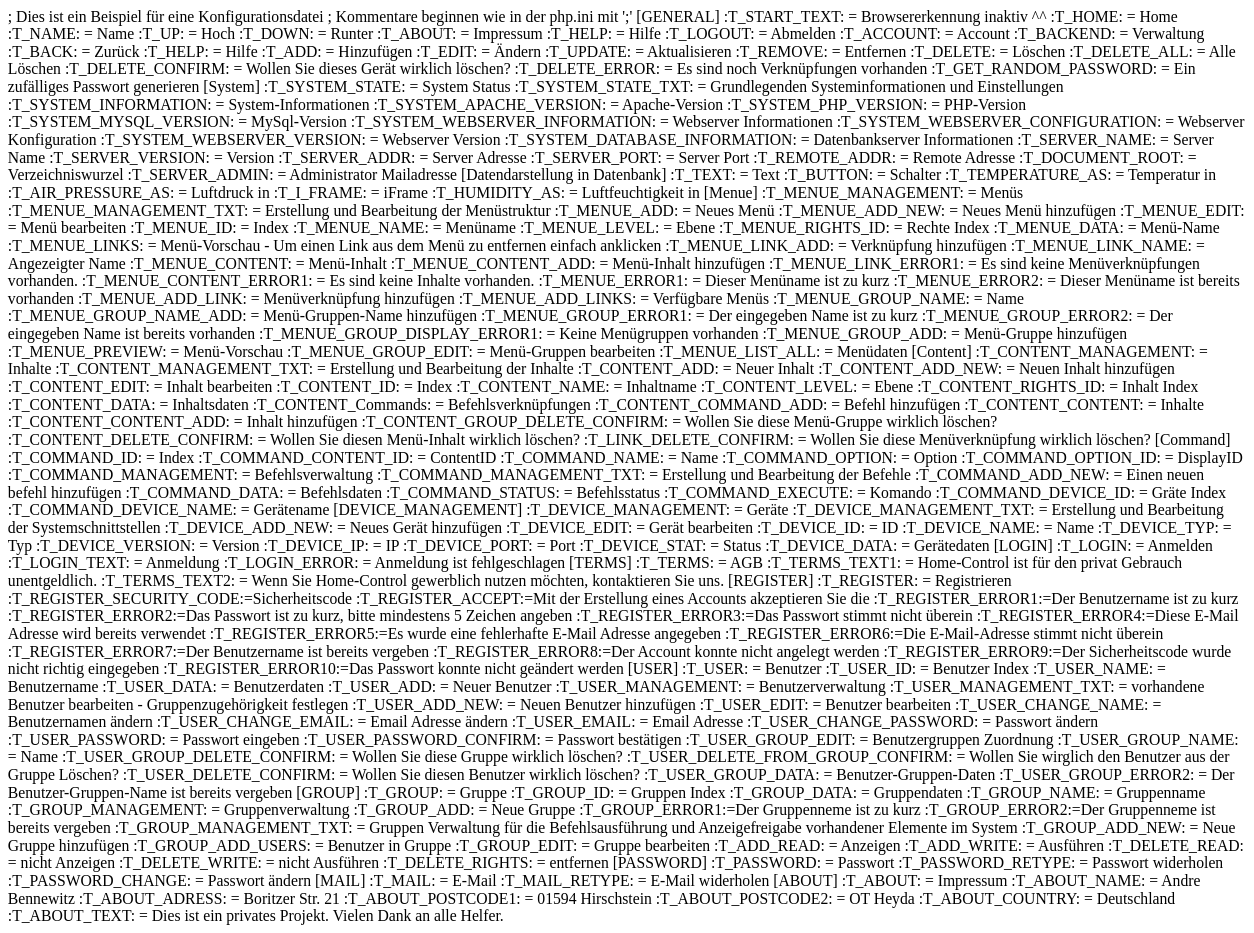
Repository: 0xF3ERROR/Home-Control
Page: http://localhost/language/lang_Ger.php
These files come from the project's save history. The page is drawn as it stood at one moment and after the next save; the edit follows.
The browser window is 1280 px wide. The pictures show the whole page, at 98% of full size.
The page is run by PHP 8.4 with error messages shown; the project is at /var/www/html/.

Above is the page before, as saved 2012-09-16 16:53:20.

### Source/language/lang_Ger.php
; Dies ist ein Beispiel für eine Konfigurationsdatei
; Kommentare beginnen wie in der php.ini mit ';'


[GENERAL]
:T_START_TEXT: = Browsererkennung inaktiv ^^
:T_HOME: = Home
:T_NAME: = Name
:T_UP: = Hoch
:T_DOWN: = Runter
:T_ABOUT: = Impressum
:T_HELP: = Hilfe
:T_LOGOUT: = Abmelden
:T_ACCOUNT: = Account
:T_BACKEND: = Verwaltung
:T_BACK: = Zurück
:T_HELP: = Hilfe
:T_ADD: = Hinzufügen
:T_EDIT: = Ändern
:T_UPDATE: = Aktualisieren
:T_REMOVE: = Entfernen
:T_DELETE: = Löschen
:T_DELETE_ALL: = Alle Löschen
:T_DELETE_CONFIRM: = Wollen Sie dieses Gerät wirklich löschen?
:T_DELETE_ERROR: = Es sind noch Verknüpfungen vorhanden
:T_GET_RANDOM_PASSWORD: = Ein zufälliges Passwort generieren


[System]
:T_SYSTEM_STATE: = System Status
:T_SYSTEM_STATE_TXT: = Grundlegenden Systeminformationen und Einstellungen
:T_SYSTEM_INFORMATION: = System-Informationen
:T_SYSTEM_APACHE_VERSION: = Apache-Version
:T_SYSTEM_PHP_VERSION: = PHP-Version
:T_SYSTEM_MYSQL_VERSION: = MySql-Version
:T_SYSTEM_WEBSERVER_INFORMATION: = Webserver Informationen
:T_SYSTEM_WEBSERVER_CONFIGURATION: = Webserver Konfiguration
:T_SYSTEM_WEBSERVER_VERSION: = Webserver Version
:T_SYSTEM_DATABASE_INFORMATION: = Datenbankserver Informationen
:T_SERVER_NAME: = Server Name
:T_SERVER_VERSION: = Version
:T_SERVER_ADDR: = Server Adresse
:T_SERVER_PORT: = Server Port
:T_REMOTE_ADDR: = Remote Adresse
:T_DOCUMENT_ROOT: = Verzeichniswurzel
:T_SERVER_ADMIN: = Administrator Mailadresse





[Datendarstellung in Datenbank]
:T_TEXT: = Text
:T_BUTTON: = Schalter
:T_TEMPERATURE_AS: = Temperatur in
:T_AIR_PRESSURE_AS: = Luftdruck in
:T_I_FRAME: = iFrame
:T_HUMIDITY_AS: = Luftfeuchtigkeit in



[Menue]
:T_MENUE_MANAGEMENT: = Menüs
:T_MENUE_MANAGEMENT_TXT: = Erstellung und Bearbeitung der Menüstruktur
:T_MENUE_ADD: = Neues Menü
:T_MENUE_ADD_NEW: = Neues Menü hinzufügen
:T_MENUE_EDIT: = Menü bearbeiten
:T_MENUE_ID: = Index
:T_MENUE_NAME: = Menüname
:T_MENUE_LEVEL: = Ebene
:T_MENUE_RIGHTS_ID: = Rechte Index
:T_MENUE_DATA: = Menü-Name
:T_MENUE_LINKS: = Menü-Vorschau - Um einen Link aus dem Menü zu entfernen einfach anklicken
:T_MENUE_LINK_ADD: = Verknüpfung hinzufügen
:T_MENUE_LINK_NAME: = Angezeigter Name
:T_MENUE_CONTENT: = Menü-Inhalt
:T_MENUE_CONTENT_ADD: = Menü-Inhalt hinzufügen
:T_MENUE_LINK_ERROR1: = Es sind keine Menüverknüpfungen vorhanden.
:T_MENUE_CONTENT_ERROR1: = Es sind keine Inhalte vorhanden.
:T_MENUE_ERROR1: = Dieser Menüname ist zu kurz
:T_MENUE_ERROR2: = Dieser Menüname ist bereits vorhanden
:T_MENUE_ADD_LINK: = Menüverknüpfung hinzufügen
:T_MENUE_ADD_LINKS: = Verfügbare Menüs
:T_MENUE_GROUP_NAME: = Name
:T_MENUE_GROUP_NAME_ADD: = Menü-Gruppen-Name hinzufügen
:T_MENUE_GROUP_ERROR1: = Der eingegeben Name ist zu kurz
:T_MENUE_GROUP_ERROR2: = Der eingegeben Name ist bereits vorhanden
:T_MENUE_GROUP_DISPLAY_ERROR1: = Keine Menügruppen vorhanden
:T_MENUE_GROUP_ADD: = Menü-Gruppe hinzufügen
:T_MENUE_PREVIEW: = Menü-Vorschau
:T_MENUE_GROUP_EDIT: = Menü-Gruppen bearbeiten
:T_MENUE_LIST_ALL: = Menüdaten

[Content]
:T_CONTENT_MANAGEMENT: = Inhalte
:T_CONTENT_MANAGEMENT_TXT: = Erstellung und Bearbeitung der Inhalte
:T_CONTENT_ADD: = Neuer Inhalt
:T_CONTENT_ADD_NEW: = Neuen Inhalt hinzufügen
:T_CONTENT_EDIT: = Inhalt bearbeiten
:T_CONTENT_ID: = Index
:T_CONTENT_NAME: = Inhaltname
:T_CONTENT_LEVEL: = Ebene
:T_CONTENT_RIGHTS_ID: = Inhalt Index
:T_CONTENT_DATA: = Inhaltsdaten
:T_CONTENT_Commands: = Befehlsverknüpfungen
:T_CONTENT_COMMAND_ADD: = Befehl hinzufügen
:T_CONTENT_CONTENT: = Inhalte
:T_CONTENT_CONTENT_ADD: = Inhalt hinzufügen
:T_CONTENT_GROUP_DELETE_CONFIRM: = Wollen Sie diese Menü-Gruppe wirklich löschen?
:T_CONTENT_DELETE_CONFIRM: = Wollen Sie diesen Menü-Inhalt wirklich löschen?
:T_LINK_DELETE_CONFIRM: = Wollen Sie diese Menüverknüpfung wirklich löschen?



[Command]
:T_COMMAND_ID: = Index
:T_COMMAND_CONTENT_ID: = ContentID
:T_COMMAND_NAME: = Name
:T_COMMAND_OPTION: = Option
:T_COMMAND_OPTION_ID: = DisplayID
:T_COMMAND_MANAGEMENT: = Befehlsverwaltung
:T_COMMAND_MANAGEMENT_TXT: = Erstellung und Bearbeitung der Befehle
:T_COMMAND_ADD_NEW: = Einen neuen befehl hinzufügen
:T_COMMAND_DATA: = Befehlsdaten
:T_COMMAND_STATUS: = Befehlsstatus
:T_COMMAND_EXECUTE: = Komando
:T_COMMAND_DEVICE_ID: = Gräte Index
:T_COMMAND_DEVICE_NAME: = Gerätename



[DEVICE_MANAGEMENT]
:T_DEVICE_MANAGEMENT: = Geräte
:T_DEVICE_MANAGEMENT_TXT: = Erstellung und Bearbeitung der Systemschnittstellen
:T_DEVICE_ADD_NEW: = Neues Gerät hinzufügen
:T_DEVICE_EDIT: = Gerät bearbeiten
:T_DEVICE_ID: = ID
:T_DEVICE_NAME: = Name
:T_DEVICE_TYP: = Typ
:T_DEVICE_VERSION: = Version
:T_DEVICE_IP: = IP
:T_DEVICE_PORT: = Port
:T_DEVICE_STAT: = Status
:T_DEVICE_DATA: = Gerätedaten


[LOGIN]
:T_LOGIN: = Anmelden
:T_LOGIN_TEXT: = Anmeldung
:T_LOGIN_ERROR: = Anmeldung ist fehlgeschlagen


[TERMS]
:T_TERMS: = AGB
:T_TERMS_TEXT1: = Home-Control ist für den privat Gebrauch unentgeldlich.
:T_TERMS_TEXT2: = Wenn Sie Home-Control gewerblich nutzen möchten, kontaktieren Sie uns.


[REGISTER]
:T_REGISTER: = Registrieren
:T_REGISTER_SECURITY_CODE:=Sicherheitscode
:T_REGISTER_ACCEPT:=Mit der Erstellung eines Accounts akzeptieren Sie die
:T_REGISTER_ERROR1:=Der Benutzername ist zu kurz
:T_REGISTER_ERROR2:=Das Passwort ist zu kurz, bitte mindestens 5 Zeichen angeben
:T_REGISTER_ERROR3:=Das Passwort stimmt nicht überein
:T_REGISTER_ERROR4:=Diese E-Mail Adresse wird bereits verwendet
:T_REGISTER_ERROR5:=Es wurde eine fehlerhafte E-Mail Adresse angegeben
:T_REGISTER_ERROR6:=Die E-Mail-Adresse stimmt nicht überein
:T_REGISTER_ERROR7:=Der Benutzername ist bereits vergeben
:T_REGISTER_ERROR8:=Der Account konnte nicht angelegt werden
:T_REGISTER_ERROR9:=Der Sicherheitscode wurde nicht richtig eingegeben
:T_REGISTER_ERROR10:=Das Passwort konnte nicht geändert werden


[USER]
:T_USER: = Benutzer
:T_USER_ID: = Benutzer Index
:T_USER_NAME: = Benutzername
:T_USER_DATA: = Benutzerdaten
:T_USER_ADD: = Neuer Benutzer
:T_USER_MANAGEMENT: = Benutzerverwaltung
:T_USER_MANAGEMENT_TXT: = vorhandene Benutzer bearbeiten - Gruppenzugehörigkeit festlegen
:T_USER_ADD_NEW: = Neuen Benutzer hinzufügen
:T_USER_EDIT: = Benutzer bearbeiten
:T_USER_CHANGE_NAME: = Benutzernamen ändern
:T_USER_CHANGE_EMAIL: = Email Adresse ändern
:T_USER_EMAIL: = Email Adresse
:T_USER_CHANGE_PASSWORD: = Passwort ändern
:T_USER_PASSWORD: = Passwort eingeben
:T_USER_PASSWORD_CONFIRM: = Passwort bestätigen
:T_USER_GROUP_EDIT: = Benutzergruppen Zuordnung
:T_USER_GROUP_NAME: = Name
:T_USER_GROUP_DELETE_CONFIRM: = Wollen Sie diese Gruppe wirklich löschen?
:T_USER_DELETE_FROM_GROUP_CONFIRM: = Wollen Sie wirglich den Benutzer aus der Gruppe Löschen?
:T_USER_DELETE_CONFIRM: = Wollen Sie diesen Benutzer wirklich löschen?
:T_USER_GROUP_DATA: = Benutzer-Gruppen-Daten
:T_USER_GROUP_ERROR2: = Der Benutzer-Gruppen-Name ist bereits vergeben

[GROUP]
:T_GROUP: = Gruppe
:T_GROUP_ID: = Gruppen Index
:T_GROUP_DATA: = Gruppendaten
:T_GROUP_NAME: = Gruppenname
:T_GROUP_MANAGEMENT: = Gruppenverwaltung
:T_GROUP_ADD: = Neue Gruppe
:T_GROUP_ERROR1:=Der Gruppenneme ist zu kurz
:T_GROUP_ERROR2:=Der Gruppenneme ist bereits vergeben
:T_GROUP_MANAGEMENT_TXT: = Gruppen Verwaltung für die Befehlsausführung und Anzeigefreigabe vorhandener Elemente im System
:T_GROUP_ADD_NEW: = Neue Gruppe hinzufügen
:T_GROUP_ADD_USERS: = Benutzer in Gruppe
:T_GROUP_EDIT: = Gruppe bearbeiten
:T_ADD_READ: = Anzeigen
:T_ADD_WRITE: = Ausführen
:T_DELETE_READ: = nicht Anzeigen
:T_DELETE_WRITE: = nicht Ausführen
:T_DELETE_RIGHTS: = entfernen

[PASSWORD]
:T_PASSWORD: = Passwort
:T_PASSWORD_RETYPE: = Passwort widerholen
:T_PASSWORD_CHANGE: = Passwort ändern


[MAIL]
:T_MAIL: = E-Mail
:T_MAIL_RETYPE: = E-Mail widerholen


[ABOUT]
:T_ABOUT: = Impressum
:T_ABOUT_NAME: = Andre Bennewitz
:T_ABOUT_ADRESS: = Boritzer Str. 21
:T_ABOUT_POSTCODE1: = 01594 Hirschstein
:T_ABOUT_POSTCODE2: = OT Heyda
:T_ABOUT_COUNTRY: = Deutschland
:T_ABOUT_TEXT: = Dies ist ein privates Projekt. Vielen Dank an alle Helfer.

After the next save:
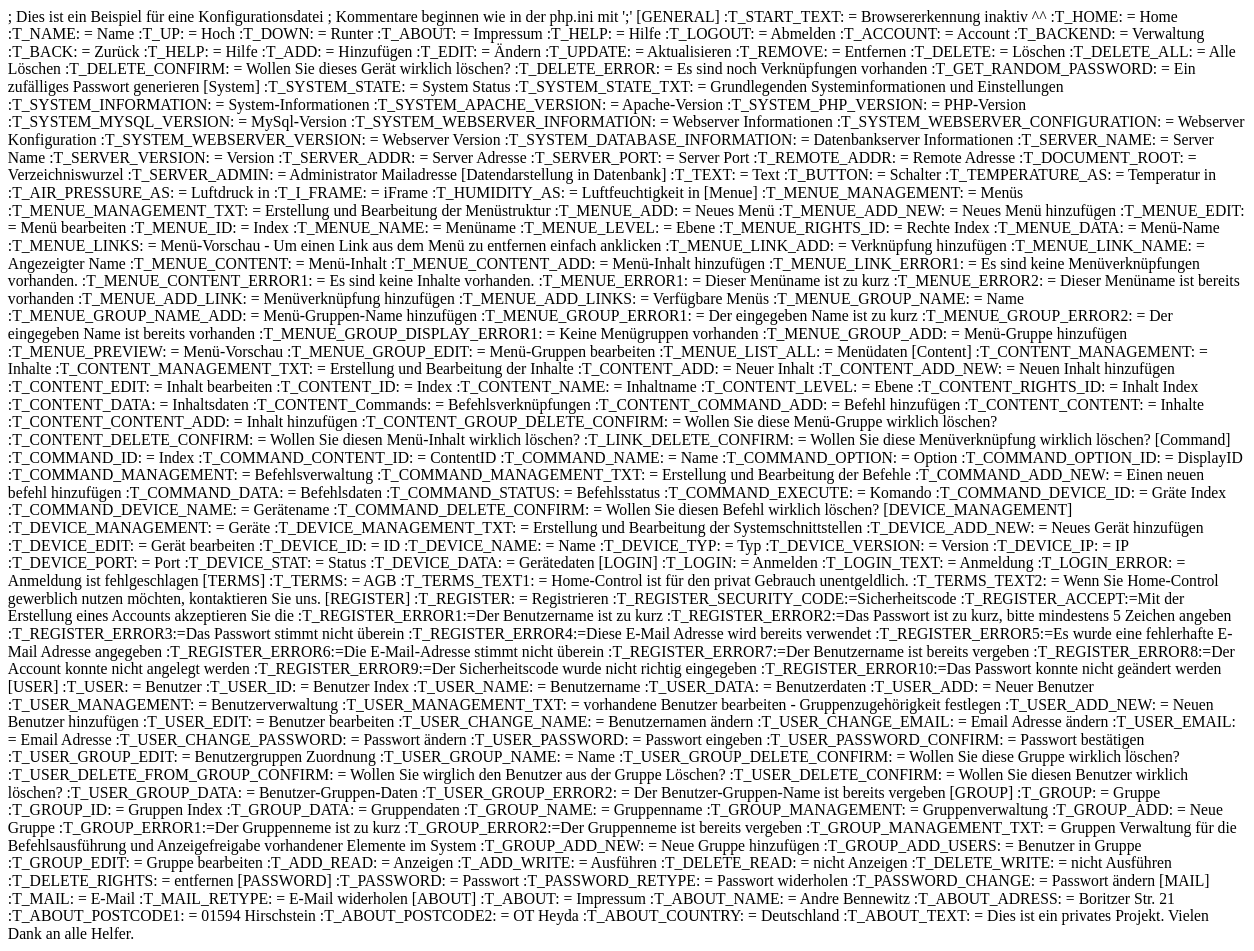
Saved 2 min 16 s later.
--- a/Source/language/lang_Ger.php
+++ b/Source/language/lang_Ger.php
@@ -126,7 +126,7 @@
 :T_COMMAND_EXECUTE: = Komando
 :T_COMMAND_DEVICE_ID: = Gräte Index
 :T_COMMAND_DEVICE_NAME: = Gerätename
-
+:T_COMMAND_DELETE_CONFIRM: = Wollen Sie diesen Befehl wirklich löschen?
 
 
 [DEVICE_MANAGEMENT]
